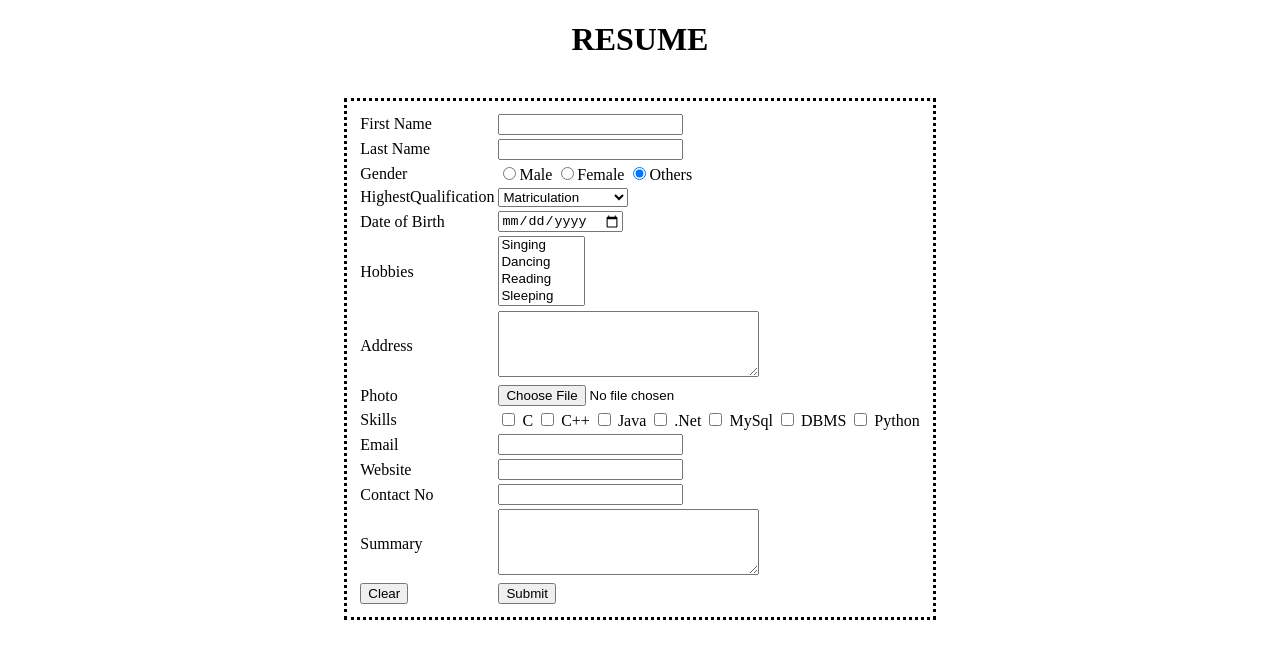
Repository: Rccalfa123/JEE
Page: MyFirstServlet/WebContent/Resume.html
An editor plug-in stored every save of this project. The page is shown before and after the next save, followed by the edit.
The browser window is 1280 px wide. The pictures show the whole page.

Above is the page before, as saved 2018-08-07 13:50:16.

After the next save:
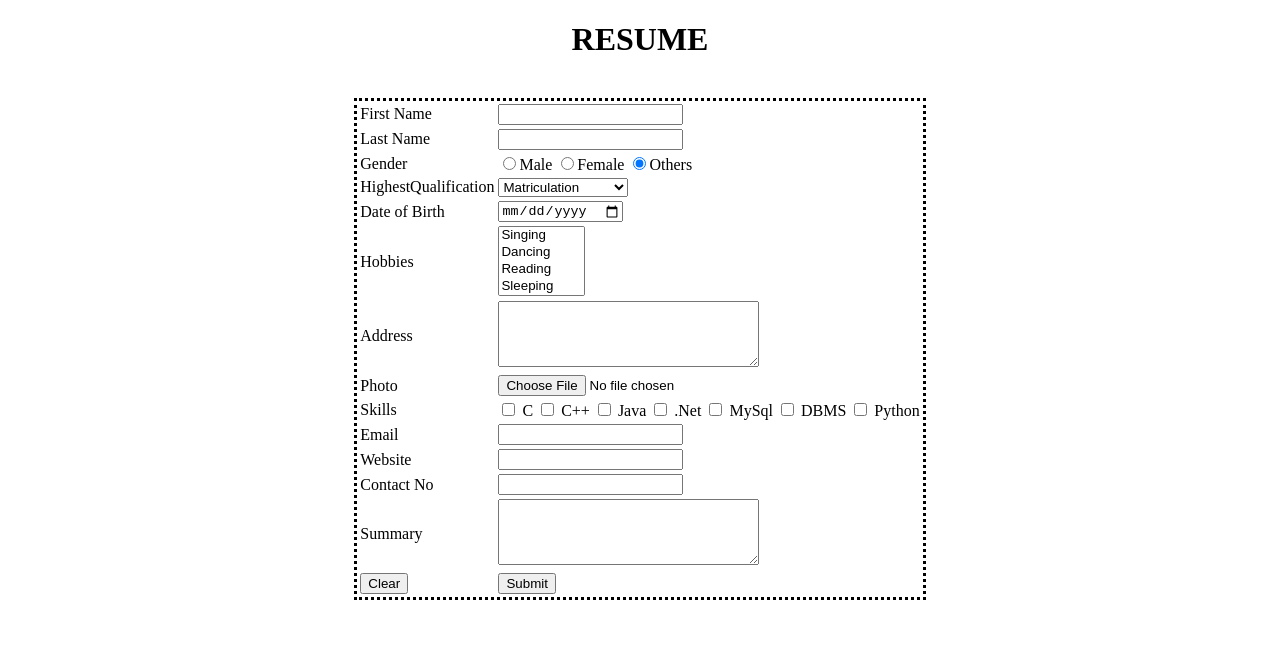
Saved 12 s later.
--- a/MyFirstServlet/WebContent/Resume.html
+++ b/MyFirstServlet/WebContent/Resume.html
@@ -3,7 +3,6 @@
 <head>
 <style type="text/css">
 table{
-        padding: 10px;
         border-color: black;
         border: dotted;
 
